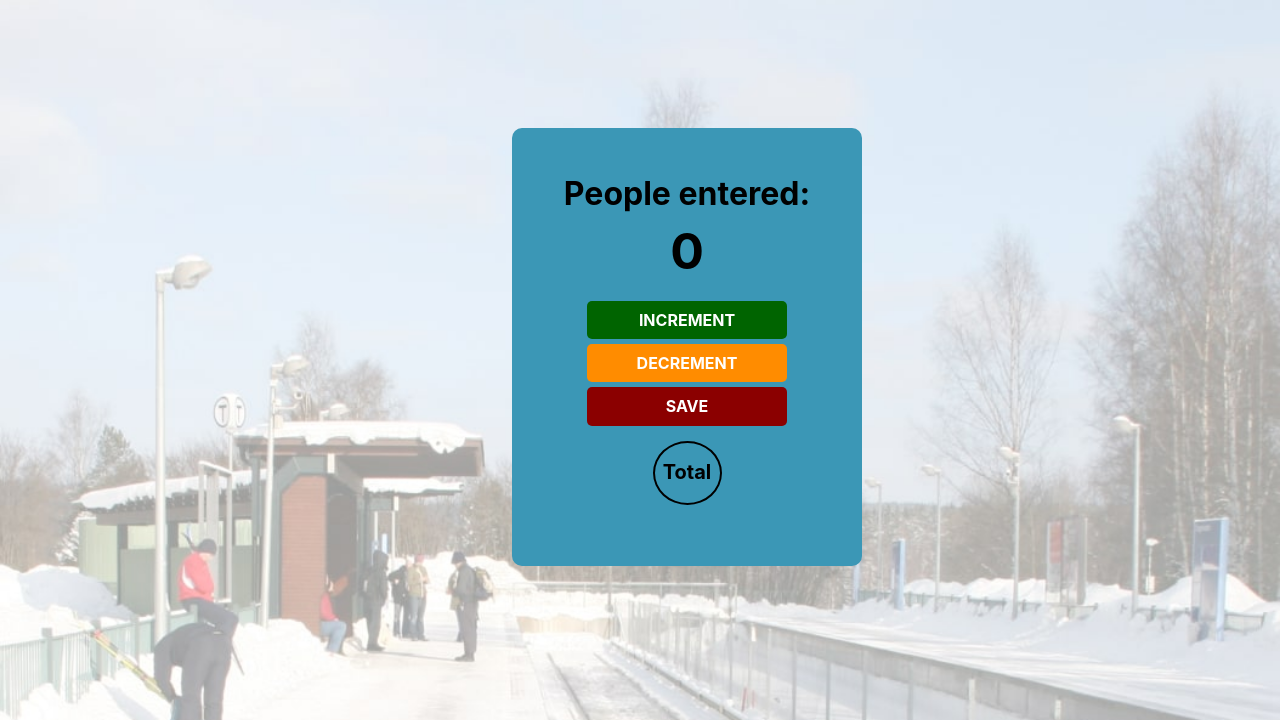
Repository: Siphamandla201/Javascript-Journey
Page: CounterApp/Counter.html
The author's editor kept a copy of each file at every save. The page is drawn from the files as they stood at one save, then again after a run of saves.
The browser window is 1280 px wide. The pictures show the whole page.

Above is the page before, as saved 2023-07-28 09:46:09.

After the next 6 saves:
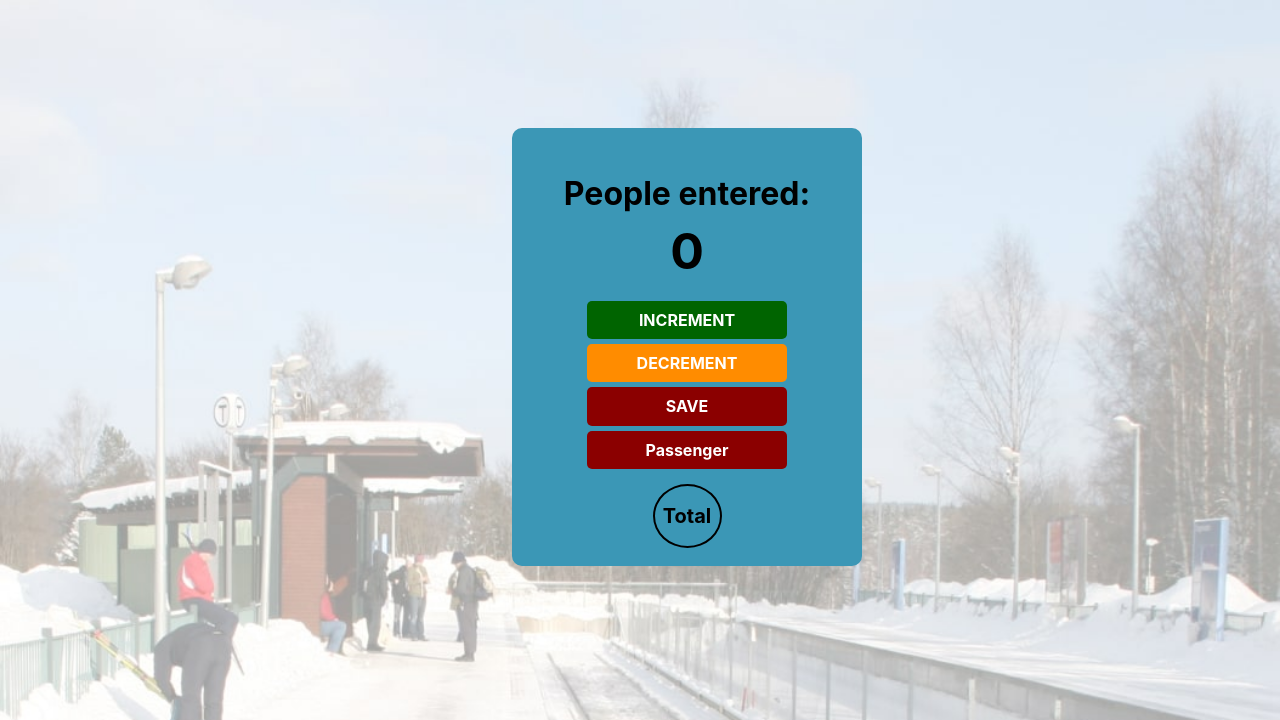
The 6 saves are shown as one change because they came seconds apart.
The last was saved 14 s later.
--- a/CounterApp/Counter.html
+++ b/CounterApp/Counter.html
@@ -9,7 +9,7 @@
             <button id="increment-btn" onclick="increment()">INCREMENT</button>
             <button id="decrement" onclick="decrement()">DECREMENT</button>
             <button id="save-btn" onclick="save()">SAVE</button>
-
+            <button id="save-btn" onclick="save()">Passenger</button>
             <div id="passenger">
                 <span id="save-el">Total</span>
             </div>
